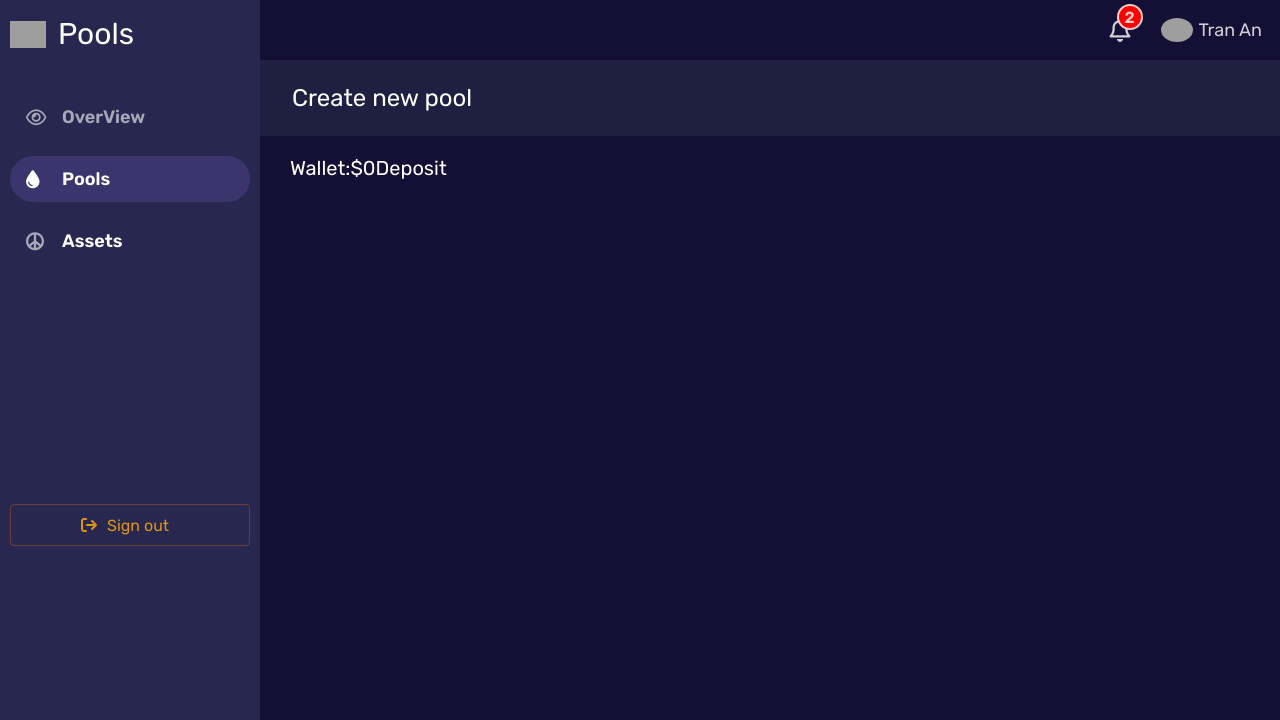
Repository: quynh232000/pools
Page: pool/create-pool.html
An editor plug-in stored every save of this project. The page is shown before and after the next save, followed by the edit.
The browser window is 1280 px wide. The pictures show the whole page.
Pictures or frames that could not be fetched are drawn as grey boxes.

Above is the page before, as saved 2023-07-14 00:11:54.

After the next save:
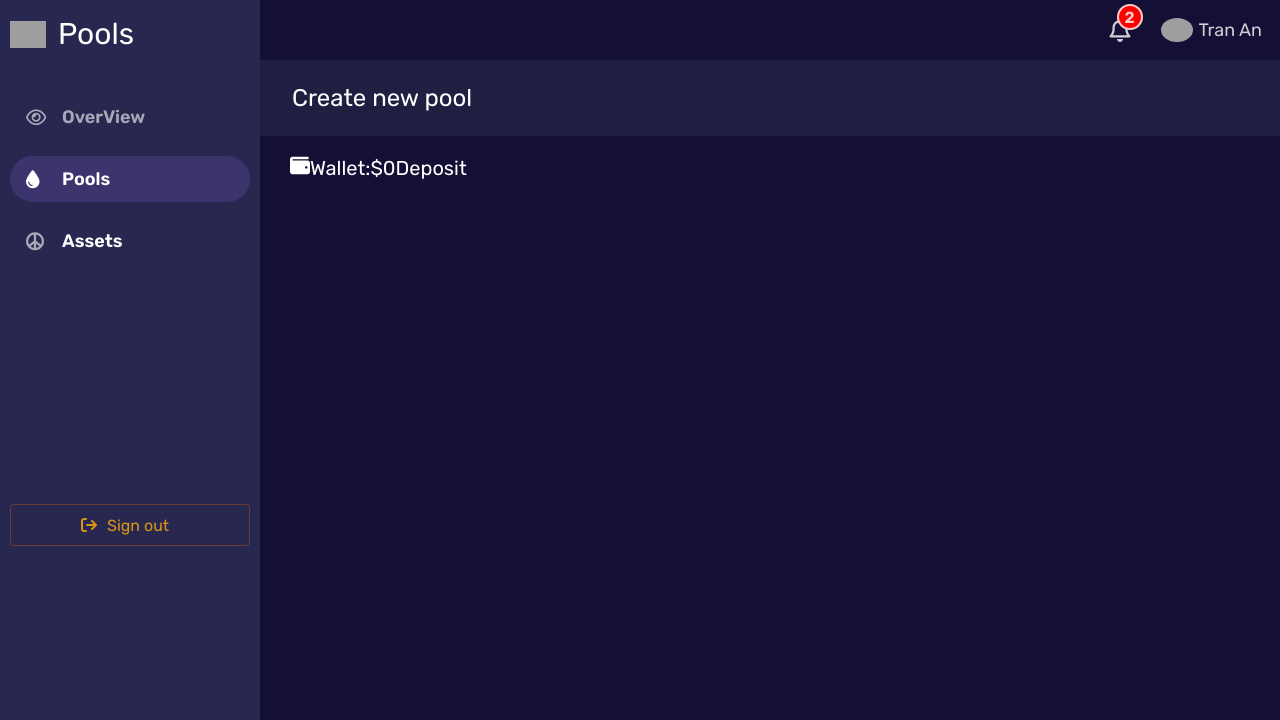
Saved 34 s later.
--- a/pool/create-pool.html
+++ b/pool/create-pool.html
@@ -64,7 +64,7 @@
         <div class="content-title">Create new pool</div>
         <div class="create-body">
           <div class="create-wallet">
-            <!-- <i class="fa-solid fa-wallet"></i> -->
+            <i class="fa-solid fa-wallet"></i>
             <div class="create-wallet-title">Wallet:</div>
             <span>$0</span>
             <div class="create-btn">Deposit</div>
